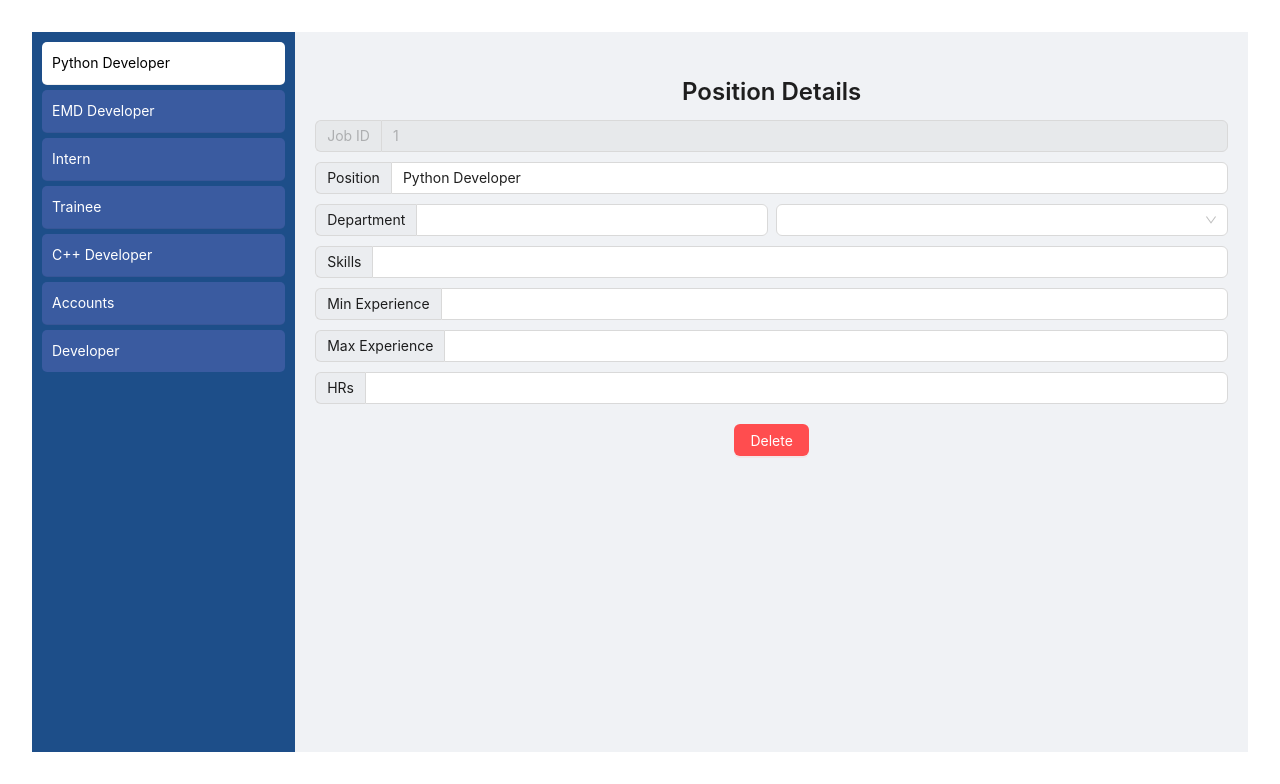
Repository: Moqueed/Delta_Iot
Page: /admin-dashboard/active-positions (app in client/), after clicking the first element matching `li.ant-list-item`
An editor plug-in stored every save of this project. The page is shown before and after the next save, followed by the edit.
The browser window is 1280 px wide. The pictures show the whole page.
The project was rebuilt for these pictures with package versions that can differ from the ones it lists, and the page was loaded fresh each time. Also part of the build but not shown: client/vite.config.js, client/src/api/users.js, client/src/pages/Register/index.jsx, client/src/pages/Login/index.jsx, client/src/components/ProtectedRoute.jsx, client/src/pages/HR/HRDashboard.jsx, client/src/pages/Admin/AdminDashboard.jsx, client/src/pages/HR/TotalDataPage.jsx.

Above is the page before, as saved 2025-03-14 14:50:51.

### client/src/App.jsx
import { Route, Routes } from "react-router-dom";
import "./App.css";
import RegisterPage from "./pages/Register";
import LoginPage from "./pages/Login";
import ProtectedRoute from "./components/ProtectedRoute";
import HRDashboard from "./pages/HR/HRDashboard";
import AdminDashboard from "./pages/Admin/AdminDashboard";
import TotalDataPage from "./pages/HR/TotalDataPage";
import ActivePositions from "./pages/Admin/ActivePositions";

function App() {
  return (
    <>
      <Routes>
        <Route path="/register" element={<RegisterPage />} />
        <Route path="/login" element={<LoginPage />} />
        <Route
          path="/hr-dashboard"
          element={
            <ProtectedRoute role="HR">
              <HRDashboard />
            </ProtectedRoute>
          }
        />
        <Route
          path="/admin-dashboard"
          element={
            <ProtectedRoute role="Admin">
              <AdminDashboard />
            </ProtectedRoute>
          }
        />
        <Route path="*" element={<LoginPage />} />
        <Route path="/total-data" element={<TotalDataPage/>}/>
        <Route path="/admin-dashboard/active-positions" element={<ActivePositions/>}/>
      </Routes>
    </>
  );
}

export default App;

### client/src/pages/Admin/ActivePositions.jsx
import React, { useEffect, useState } from "react";
import { deletePosition, fetchPositions } from "../../api/activePositions";
import { Button, Input, Typography, List, Select, Row, Col } from "antd";

const { Title } = Typography;
const { Option } = Select;

const ActivePositions = () => {
  const [positions, setPositions] = useState([
    { job_id: 1, position: "Python Developer" },
    { job_id: 2, position: "EMD Developer" },
    { job_id: 3, position: "Intern" },
    { job_id: 4, position: "Trainee" },
    { job_id: 5, position: "C++ Developer" },
    { job_id: 6, position: "Accounts" },
    { job_id: 7, position: "Developer" },
  ]);
  const [selectedPosition, setSelectedPosition] = useState(null);

  const handleDelete = async (id) => {
    try {
      await deletePosition(id);
      setPositions(positions.filter((pos) => pos.job_id !== id));
      setSelectedPosition(null);
    } catch (error) {
      console.error("Error deleting position", error);
    }
  };

  return (
    <div style={{ display: "flex", height: "100vh" }}>
      {/* Left side: Positions list */}
      <div style={{ width: "20%", backgroundColor: "#1D4E89", padding: "10px" }}>
        <List
          dataSource={positions}
          renderItem={(item) => (
            <List.Item
              style={{
                backgroundColor: selectedPosition === item ? "#ffffff" : "#3a5ba0",
                color: selectedPosition === item ? "#000" : "#ffffff",
                padding: "10px",
                cursor: "pointer",
                marginBottom: "5px",
                borderRadius: "5px",
              }}
              onClick={() => setSelectedPosition(item)}
            >
              {item.position}
            </List.Item>
          )}
        />
      </div>

      {/* Right side: Position details form */}
      <div style={{ flex: 1, padding: "20px", backgroundColor: "#f0f2f5" }}>
        {selectedPosition ? (
          <>
            <Title level={3}>Position Details</Title>
            <Input addonBefore="Job ID" value={selectedPosition.job_id} disabled style={{ marginBottom: "10px" }} />
            <Input addonBefore="Position" value={selectedPosition.position} style={{ marginBottom: "10px" }} />
            <Row gutter={8} style={{ marginBottom: "10px" }}>
              <Col span={12}>
                <Input addonBefore="Department" value={selectedPosition.department} readOnly />
              </Col>
              <Col span={12}>
                <Select
                  style={{ width: "100%" }}
                  value={selectedPosition.department}
                  onChange={(value) => setSelectedPosition({ ...selectedPosition, department: value })}
                >
                  <Option value="IT">IT</Option>
                  <Option value="EMDB">EMDB</Option>
                  <Option value="HIGH">HIGH</Option>
                  <Option value="Financial">Financial</Option>
                  <Option value="Python">Python</Option>
                </Select>
              </Col>
            </Row>
            <Input addonBefore="Skills" value={selectedPosition.skills} style={{ marginBottom: "10px" }} />
            <Input addonBefore="Min Experience" value={selectedPosition.minimum_experience} style={{ marginBottom: "10px" }} />
            <Input addonBefore="Max Experience" value={selectedPosition.maximum_experience} style={{ marginBottom: "10px" }} />
            <Input addonBefore="HRs" value={selectedPosition.manager} style={{ marginBottom: "10px" }} />
            <Button type="primary" danger onClick={() => handleDelete(selectedPosition.job_id)} style={{ marginTop: "10px" }}>
              Delete
            </Button>
          </>
        ) : (
          <Title level={4}>Select a position to view details</Title>
        )}
      </div>
    </div>
  );
};

export default ActivePositions;

### client/src/api/activePositions.js
import axiosInstance from ".";

// Fetch all active positions
export const fetchPositions = async () => {
  try {
    const response = await axiosInstance.get("/api/positions");
    return response.data;
  } catch (error) {
    console.error("Error fetching positions:", error);
    throw error;
  }
};

// Create a new active position
export const createPosition = async (data) => {
  try {
    const response = await axiosInstance.post("/api/positions", data);
    return response.data;
  } catch (error) {
    console.error("Error creating position:", error);
    throw error;
  }
};

// Update an existing active position
export const updatePosition = async (id, data) => {
  try {
    const response = await axiosInstance.put(`/api/positions/${id}`, data);
    return response.data;
  } catch (error) {
    console.error("Error updating position:", error);
    throw error;
  }
};

// Delete an active position
export const deletePosition = async (id) => {
  try {
    const response = await axiosInstance.delete(`/api/positions/${id}`);
    return response.data;
  } catch (error) {
    console.error("Error deleting position:", error);
    throw error;
  }
};

### client/src/api/index.js
import axios from "axios";

const axiosInstance = axios.create({
  baseURL: "http://localhost:5000",
  headers: { "Content-Type": "application/json" },
});

// ✅ Add token to headers if available
axiosInstance.interceptors.request.use((config) => {
  const token = localStorage.getItem("token");
  if (token) config.headers.Authorization = `Bearer ${token}`;
  return config;
},
function (error) {
    return Promise.reject(error);
  }
);

export default axiosInstance;

Loaded but not shown: client/index.html (common file); client/src/main.jsx (common file); client/src/index.css (common file); client/src/App.css (common file)

After the next save:
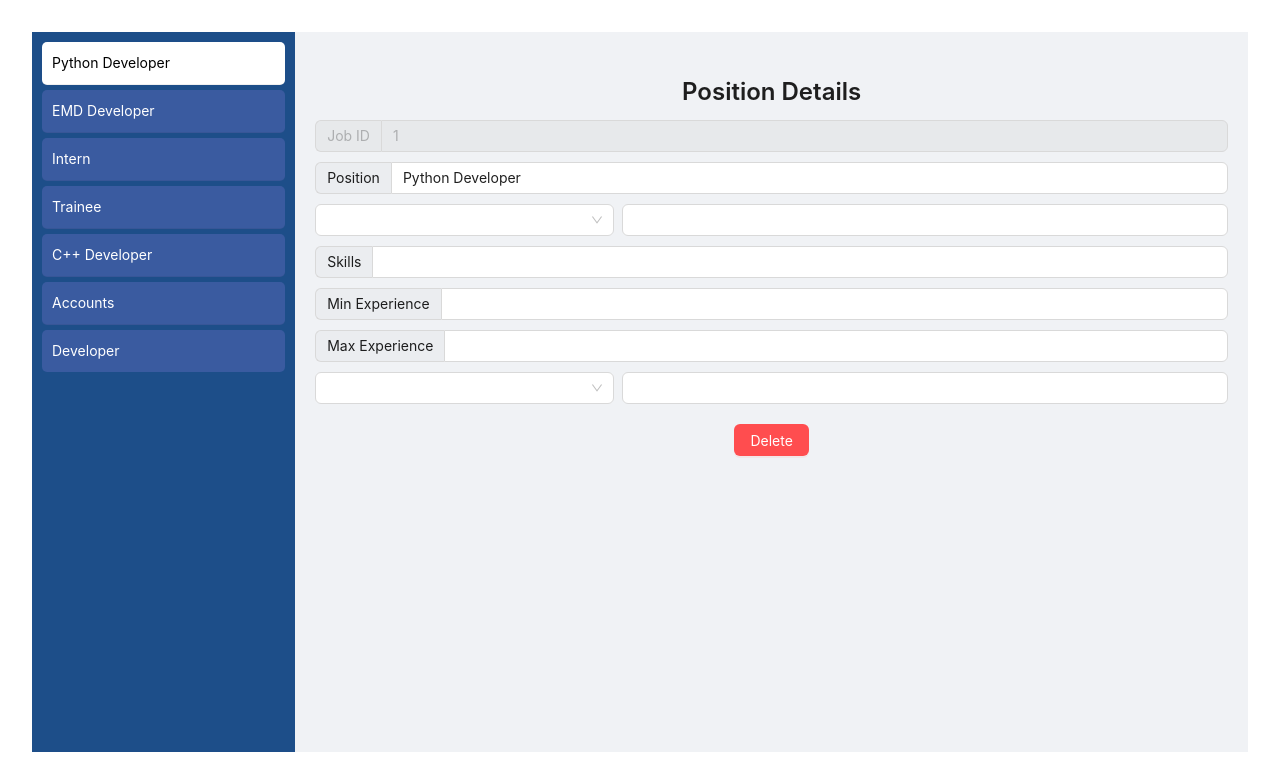
Saved 4 min 24 s later.
--- a/client/src/pages/Admin/ActivePositions.jsx
+++ b/client/src/pages/Admin/ActivePositions.jsx
@@ -59,10 +59,7 @@ const ActivePositions = () => {
             <Input addonBefore="Job ID" value={selectedPosition.job_id} disabled style={{ marginBottom: "10px" }} />
             <Input addonBefore="Position" value={selectedPosition.position} style={{ marginBottom: "10px" }} />
             <Row gutter={8} style={{ marginBottom: "10px" }}>
-              <Col span={12}>
-                <Input addonBefore="Department" value={selectedPosition.department} readOnly />
-              </Col>
-              <Col span={12}>
+              <Col span={8}>
                 <Select
                   style={{ width: "100%" }}
                   value={selectedPosition.department}
@@ -75,11 +72,30 @@ const ActivePositions = () => {
                   <Option value="Python">Python</Option>
                 </Select>
               </Col>
+              <Col span={16}>
+                <Input value={selectedPosition.department} readOnly style={{ textAlign: "right" }} />
+              </Col>
             </Row>
             <Input addonBefore="Skills" value={selectedPosition.skills} style={{ marginBottom: "10px" }} />
             <Input addonBefore="Min Experience" value={selectedPosition.minimum_experience} style={{ marginBottom: "10px" }} />
             <Input addonBefore="Max Experience" value={selectedPosition.maximum_experience} style={{ marginBottom: "10px" }} />
-            <Input addonBefore="HRs" value={selectedPosition.manager} style={{ marginBottom: "10px" }} />
+            <Row gutter={8} style={{ marginBottom: "10px" }}>
+              <Col span={8}>
+                <Select
+                  style={{ width: "100%" }}
+                  value={selectedPosition.manager}
+                  onChange={(value) => setSelectedPosition({ ...selectedPosition, manager: value })}
+                >
+                  <Option value="John Doe">John Doe</Option>
+                  <Option value="Jane Smith">Jane Smith</Option>
+                  <Option value="Robert Brown">Robert Brown</Option>
+                  <Option value="Emily White">Emily White</Option>
+                </Select>
+              </Col>
+              <Col span={16}>
+                <Input value={selectedPosition.manager} readOnly style={{ textAlign: "right" }} />
+              </Col>
+            </Row>
             <Button type="primary" danger onClick={() => handleDelete(selectedPosition.job_id)} style={{ marginTop: "10px" }}>
               Delete
             </Button>
